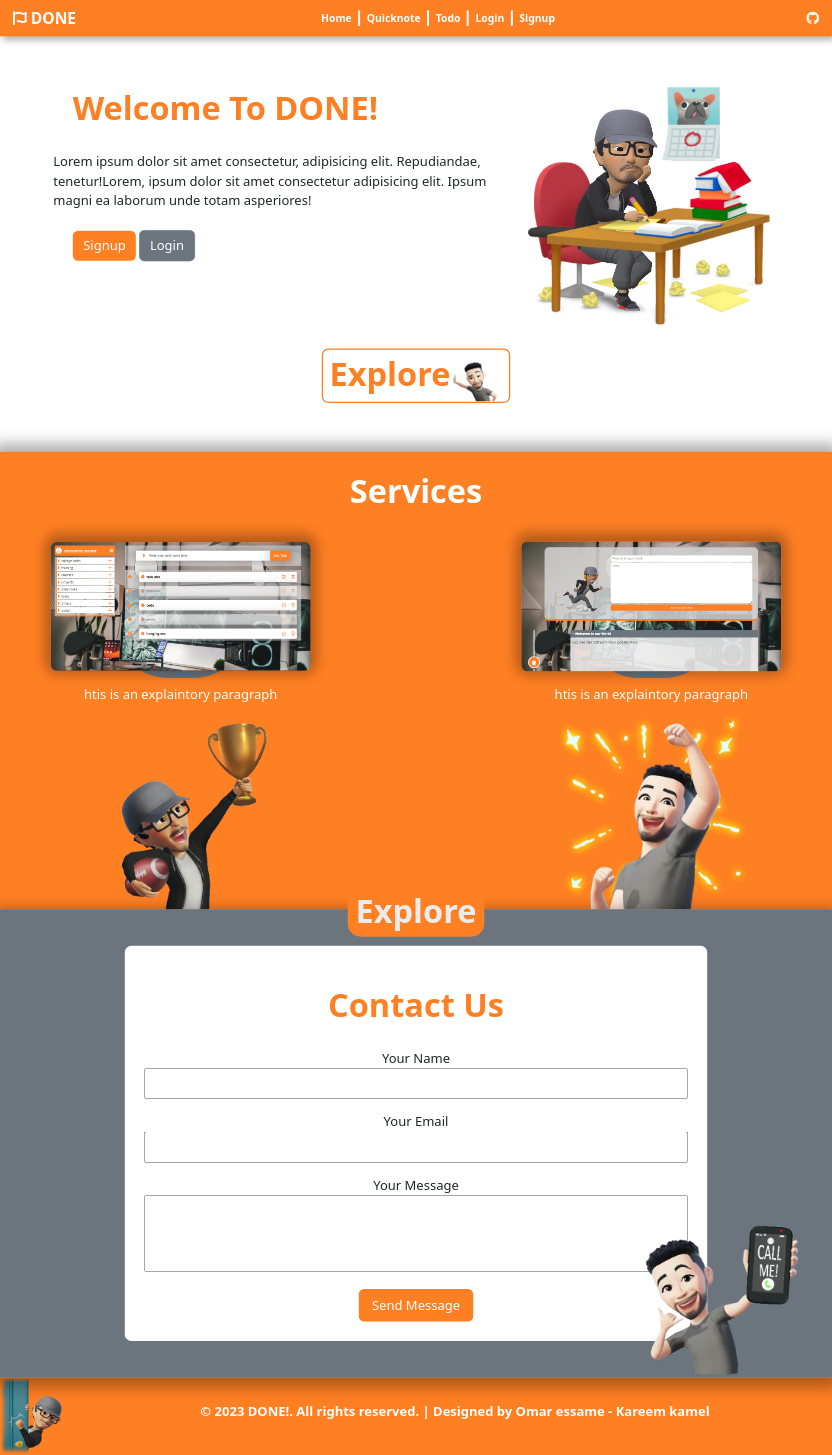
Repository: OmarEssameldinMousa/DONE
Page: index.html
These files come from the project's save history. The page is drawn as it stood at one moment and after the next save; the edit follows.
The browser window is 1280 px wide. The pictures show the whole page, at 65% of full size.
The pointer rests on the first visible `.explore2`.
Some web fonts or font styles are not loaded; a fallback is used.

Above is the page before, as saved 2023-12-18 13:08:34.

After the next save:
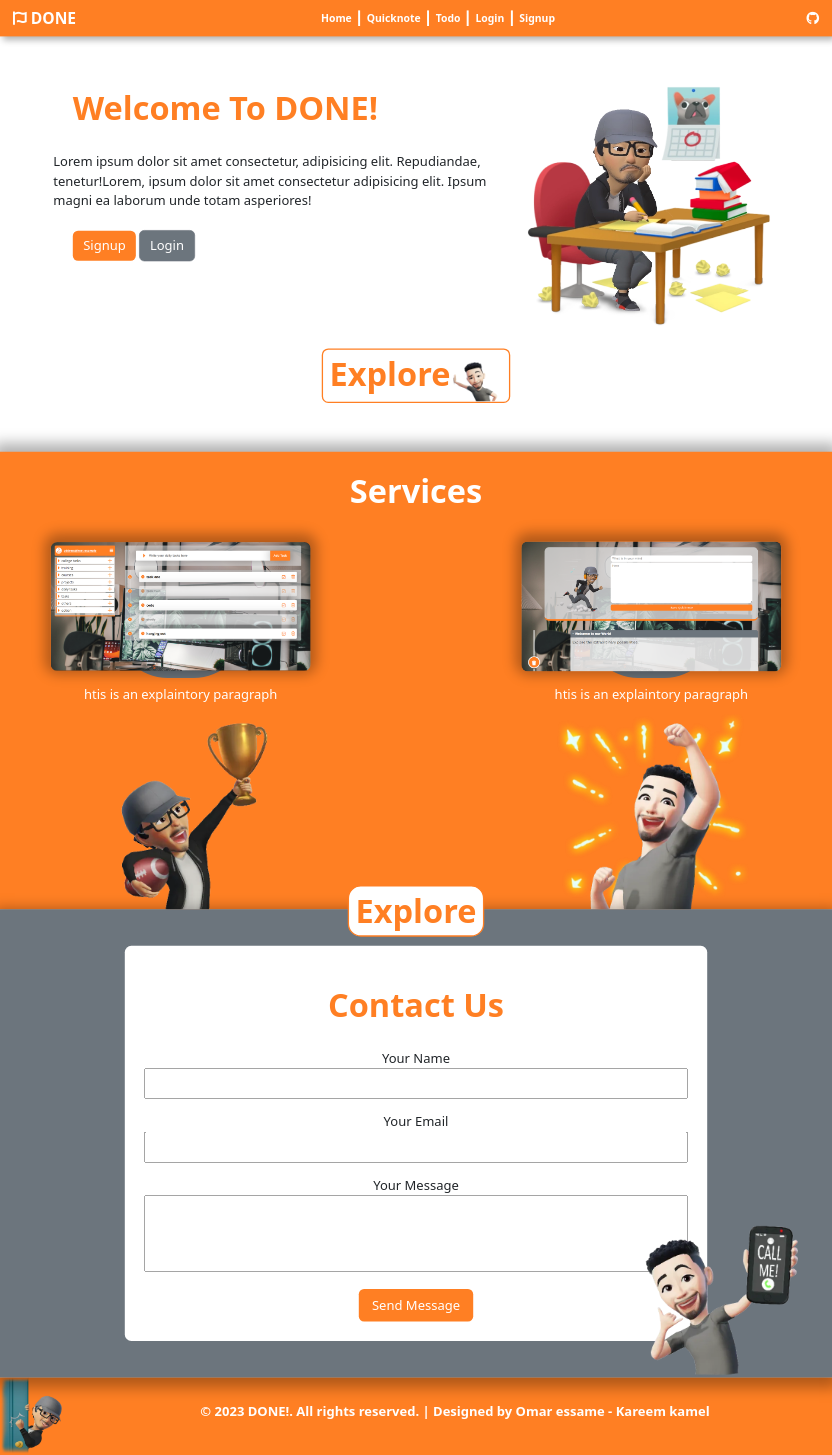
Saved 39 s later.
--- a/CSS/styles.css
+++ b/CSS/styles.css
@@ -450,12 +450,12 @@ footer img{
 
 
 .explore2:hover{
-    background-color: var(--secondery-color);
+    background-color: white;
     border-radius: 20px;
 
     cursor: pointer;
 }
 
 .explore2:hover a{
-    color: #ebeced;
-}
+    color: var(--secondery-color);
+}
